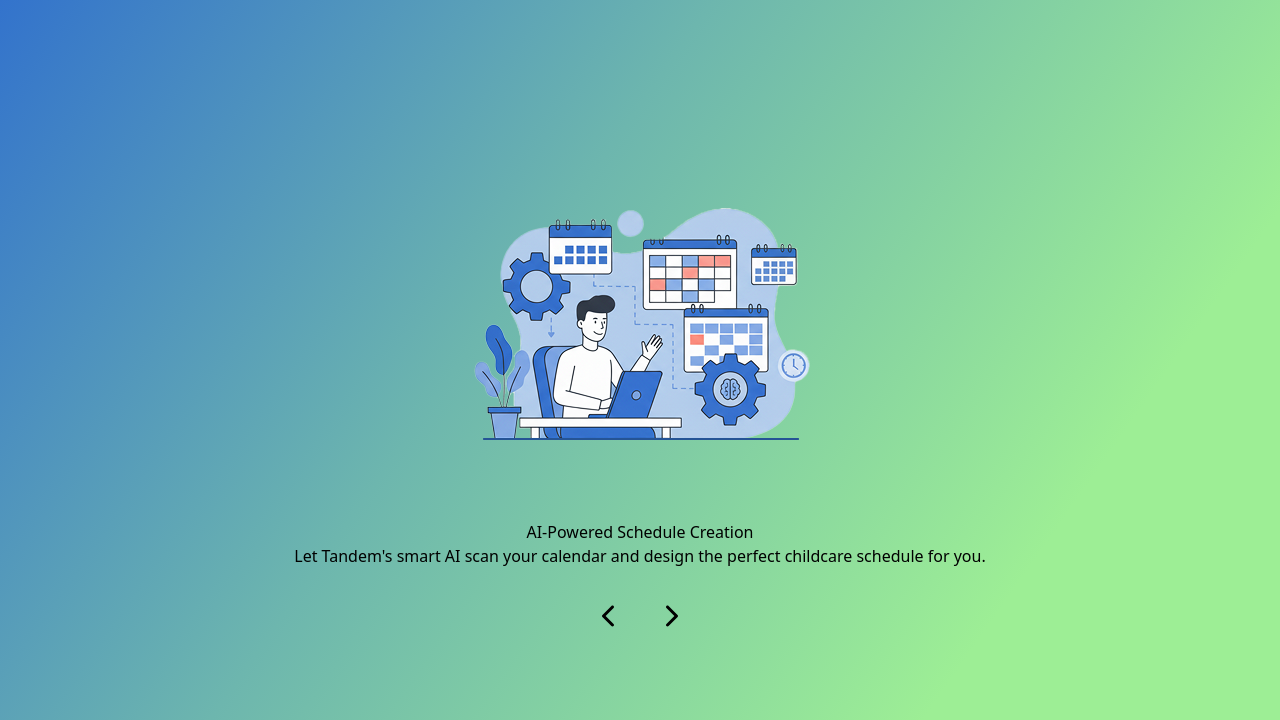
Repository: IDSP-TRADECARE/Tandem
Page: /boarding/features
An editor plug-in stored every save of this project. The page is shown before and after a run of saves, followed by the edit.
The browser window is 1280 px wide. The pictures show the whole page.
The page's requests for data from a server got no answer. Some web fonts or font styles are not loaded; a fallback is used. The project was rebuilt for these pictures with package versions that can differ from the ones it lists, and the page was loaded fresh each time. Some packages were replaced by stand-ins written for this rebuild. The framework's server and built-in components were replaced by stand-ins that run in the browser. No one was signed in, and anything a server would have sent is missing. Also part of the build but not shown: next.config.ts, src/app/components/auth/AuthGuard.tsx.

Above is the page before, as saved 2025-11-22 21:36:46.

### src/app/layout.tsx
/* eslint-disable @next/next/no-page-custom-font */
import { ClerkProvider } from '@clerk/nextjs'
import { SocketProvider } from '@/lib/socket/SocketContext'
import './globals.css'
import type { Metadata } from "next";
import { AuthWrapper } from './components/auth/AuthWrapper';


export const metadata: Metadata = {
  title: "Tandem",
  description: "Share childcare with your community",
  icons: {
    icon: 'brand/logoColor.svg',
  },
};

export default function RootLayout({
  children,
}: Readonly<{
  children: React.ReactNode;
}>) {
  return (
    <ClerkProvider>
      <html lang="en">
        <head>
          {/* Omnes Pro from Adobe Fonts */}
          <link rel="stylesheet" href="https://use.typekit.net/pku8yek.css" />

          {/* Alan Sans from Google Fonts */}
          <link rel="preconnect" href="https://fonts.googleapis.com" />
          <link rel="preconnect" href="https://fonts.gstatic.com" crossOrigin="anonymous" />
          <link href="https://fonts.googleapis.com/css2?family=Alan+Sans:wght@300..900&display=swap" rel="stylesheet" />
        </head>
        <body className="antialiased">
          <SocketProvider>
            <AuthWrapper>
              {children}
            </AuthWrapper>
          </SocketProvider>
        </body>
      </html>
    </ClerkProvider>
  )
}

### src/app/boarding/features/page.tsx
"use client";
import { useState } from "react";
import { useRouter } from "next/navigation";
import { GradientBackgroundFull } from "@/app/components/ui/backgrounds/GradientBackgroundFull";
import { IoIosArrowBack, IoIosArrowForward } from "react-icons/io";
import styles from "./features.module.css";

const features = [
    {
        id: 1,
        title: "AI-Powered Schedule Creation",
        description:
            "Let Tandem's smart AI scan your calendar and design the perfect childcare schedule for you.",
        imgSrc: "/boarding/Graphic-ai-powered-feature1.png",
    },
    {
        id: 2,
        title: "Seamless Nanny Booking",
        description:
            "Effortlessly discover and book reliable nannies tailored to your family's needs.",
        imgSrc: "/boarding/Seamless-nanny-booking-feature2.png",
    },
    {
        id: 3,
        title: "Intelligent Nanny Sharing",
        description:
            "Team up with nearby families to share trusted nannies, cutting costs while building lasting connections.",
        imgSrc: "/boarding/Intelligent-nanny-sharing-feature3.png",
    },
];

export default function FeaturesPage() {
    const [currentIndex, setCurrentIndex] = useState(0);
    const router = useRouter();

    const handleNext = () => {
        if (currentIndex < features.length - 1) {
            setCurrentIndex(currentIndex + 1);
        } else {
            router.push("./sign-up");
        }
    };

    const handlePrevious = () => {
        if (currentIndex > 0) {
            setCurrentIndex(currentIndex - 1);
        }
    };

    const currentFeature = features[currentIndex];

    return (
        <GradientBackgroundFull>
            <div className='min-h-screen flex flex-col items-center justify-center p-8'>
                <div className='max-w-3xl w-full text-center mb-8'>
                    <div className='h-96 flex items-center justify-center my-6'>
                        <img
                            src={currentFeature.imgSrc}
                            alt={`Feature ${currentFeature.id}`}
                        />
                    </div>

                    <h1>{currentFeature.title}</h1>

                    <p>{currentFeature.description}</p>
                </div>
                <div className='flex items-center gap-8'>
                    <button
                        onClick={handlePrevious}
                        disabled={currentIndex === 0}
                    >
                        <IoIosArrowBack size={32} />
                    </button>

                    <button onClick={handleNext}>
                        <IoIosArrowForward size={32} />
                    </button>
                </div>
            </div>
        </GradientBackgroundFull>
    );
}

### src/lib/socket/SocketContext.tsx
'use client';

import { createContext, useContext, useEffect, useState } from 'react';
import { io, Socket } from 'socket.io-client';
import { ClientToServerEvents, ServerToClientEvents } from './types';

type TypedSocket = Socket<ServerToClientEvents, ClientToServerEvents>;

interface SocketContextType {
  socket: TypedSocket | null;
  isConnected: boolean;
}

const SocketContext = createContext<SocketContextType>({
  socket: null,
  isConnected: false,
});

export function SocketProvider({ children }: { children: React.ReactNode }) {
  const [socket, setSocket] = useState<TypedSocket | null>(null);
  const [isConnected, setIsConnected] = useState(false);

  useEffect(() => {
    const socketUrl = process.env.NEXT_PUBLIC_SOCKET_URL || 'http://localhost:3001';

    console.log('Connecting to Socket.IO server:', socketUrl);

    const socketInstance: TypedSocket = io(socketUrl, {
      transports: ['websocket', 'polling'],
    });

    socketInstance.on('connect', () => {
      console.log('✅ Socket connected:', socketInstance.id);
      setIsConnected(true);
    });

    socketInstance.on('disconnect', () => {
      console.log('❌ Socket disconnected');
      setIsConnected(false);
    });

    socketInstance.on('connect_error', (error) => {
      console.error('Socket connection error:', error);
      setIsConnected(false);
    });

    setSocket(socketInstance);

    return () => {
      socketInstance.disconnect();
    };
  }, []);

  return (
    <SocketContext.Provider value={{ socket, isConnected }}>
      {children}
    </SocketContext.Provider>
  );
}

export const useSocket = () => useContext(SocketContext);

### src/app/globals.css
@import "tailwindcss";

@theme {
  /* Font families */
  --font-family-alan: "Alan Sans", sans-serif;
  --font-family-omnes: "omnes-pro", sans-serif;

  /* Primary Colors */
  --color-primary: #3373cc;
  --color-primary-lighter: #a3c0e8;
  --color-primary-light: #91b3e3;
  --color-primary-light-hover: #91b3e3;
  --color-primary-light-active: #7aa4de;
  --color-primary-hover: #2b62ad;
  --color-primary-active: #255495;
  --color-primary-dark: #122847;
  --color-primary-dark-hover: #0d1d33;
  --color-primary-dark-active: #060d16;

  /* Secondary Colors */
  --color-secondary: #92f189;
  --color-secondary-lighter: #cef9ca;
  --color-secondary-light: #c4f7bf;
  --color-secondary-light-hover: #c4f7bf;
  --color-secondary-light-active: #b8f6b2;
  --color-secondary-hover: #7ccd74;
  --color-secondary-active: #6bb064;
  --color-secondary-dark: #335430;
  --color-secondary-dark-hover: #253c22;
  --color-secondary-dark-active: #101b0f;

  /* Analogous Colors */
  --color-analogous: #68d5ff;
  --color-analogous-lighter: #bbecff;
  --color-analogous-light: #ade8ff;
  --color-analogous-light-hover: #ade8ff;
  --color-analogous-light-active: #9de4ff;
  --color-analogous-hover: #58b5d9;
  --color-analogous-active: #4c9bba;
  --color-analogous-dark: #244b59;
  --color-analogous-dark-hover: #1a3540;
  --color-analogous-dark-active: #0b171c;

  /* Success */
  --color-success: #95b548;

  /* Warning */
  --color-warning: #d78f26;

  /* Error */
  --color-error: #c43535;

  /* Neutral Colors */
  --color-neutral-50: #e6e6e8;
  --color-neutral-100: #b0b0b8;
  --color-neutral-200: #8a8a96;
  --color-neutral-300: #545466;
  --color-neutral-400: #333349;
  --color-neutral-500: #00001b;
  --color-neutral-600: #000019;
  --color-neutral-700: #000013;
  --color-neutral-800: #00000f;
  --color-neutral-900: #00000b;
}

@layer base {
  :root {
    /* Semantic mappings for shadcn */
    --background: 0 0% 100%;
    --foreground: var(--color-neutral-500);
    --card: 0 0% 100%;
    --card-foreground: var(--color-neutral-500);
    --popover: 0 0% 100%;
    --popover-foreground: var(--color-neutral-500);
    --primary-foreground: 0 0% 98%;
    --secondary-foreground: var(--color-neutral-500);
    --muted: var(--color-neutral-50);
    --muted-foreground: var(--color-neutral-300);
    --accent: var(--color-analogous-light);
    --accent-foreground: var(--color-neutral-500);
    --destructive: var(--color-error);
    --destructive-foreground: 0 0% 98%;
    --border: var(--color-neutral-100);
    --input: var(--color-neutral-100);
    --ring: var(--color-primary);
    --radius: 0.5rem;
    --gradient-primary: linear-gradient(135deg, #3373CC 0%, #6DB6AE 46%, #9DEE95 100%);
  }

  .dark {
    --background: var(--color-neutral-500);
    --foreground: 0 0% 98%;
    --card: var(--color-neutral-400);
    --card-foreground: 0 0% 98%;
    --popover: var(--color-neutral-400);
    --popover-foreground: 0 0% 98%;
    --primary-foreground: var(--color-neutral-500);
    --secondary-foreground: 0 0% 98%;
    --muted: var(--color-neutral-300);
    --muted-foreground: var(--color-neutral-100);
    --accent: var(--color-analogous-dark);
    --accent-foreground: 0 0% 98%;
    --destructive-foreground: 0 0% 98%;
    --border: var(--color-neutral-300);
    --input: var(--color-neutral-300);
    --ring: var(--color-primary-light);
    --gradient-primary: linear-gradient(135deg, #3373CC 0%, #6DB6AE 46%, #9DEE95 100%);
  }

  /* Font utilities */
  .font-alan {
    font-family: var(--font-family-alan);
    font-optical-sizing: auto;
  }

  .font-omnes {
    font-family: var(--font-family-omnes);
  }
}

/* FullCalendar Custom Styles */
.fullcalendar-container {
  font-family: inherit;
}

.fc {
  font-size: 14px;
}

.fc .fc-toolbar-title {
  font-size: 1.5rem;
  font-weight: 700;
  color: var(--color-primary);
}

.fc .fc-button {
  background-color: var(--color-primary);
  border-color: var(--color-primary);
  color: white;
  border-radius: 8px;
  padding: 6px 12px;
  font-weight: 600;
}

.fc .fc-button:hover {
  background-color: var(--color-primary-hover);
  border-color: var(--color-primary-hover);
}

.fc .fc-button-active {
  background-color: var(--color-primary-dark);
  border-color: var(--color-primary-dark);
}

.fc .fc-col-header-cell {
  background-color: var(--color-neutral-50);
  padding: 12px;
  font-weight: 600;
  color: var(--color-primary);
}

.fc .fc-daygrid-day-number {
  font-weight: 600;
  color: var(--color-primary);
  padding: 8px;
}

.fc .fc-daygrid-day.fc-day-today {
  background-color: var(--color-primary-lighter) !important;
}

.fc .fc-event {
  border-radius: 6px;
  padding: 4px 6px;
  font-size: 12px;
  font-weight: 600;
  cursor: pointer;
}

.fc .fc-timegrid-event {
  border-radius: 6px;
  padding: 4px;
}

.fc .fc-timegrid-slot {
  height: 3em;
}

.fc .fc-scrollgrid {
  border-color: var(--neutral-100) !important;
}

@layer utilities {
  .bg-gradient-primary {
    background: var(--gradient-primary);
  }
}

### src/app/components/auth/AuthWrapper.tsx
'use client';

import { usePathname } from 'next/navigation';
import { AuthGuard } from './AuthGuard';

export function AuthWrapper({ children }: { children: React.ReactNode }) {
  const pathname = usePathname();

  // Routes that don't require authentication
  const publicRoutes = ['/boarding/features', '/sign-in', '/sign-up'];
  const isPublicRoute = pathname === '/' || publicRoutes.some(route => pathname?.startsWith(route));

  if (isPublicRoute) {
    return <>{children}</>;
  }

  return <AuthGuard>{children}</AuthGuard>;
}

### src/app/components/ui/backgrounds/GradientBackgroundFull.tsx
import React from 'react';

export function GradientBackgroundFull({ children }: { children?: React.ReactNode }) {
  return (
    <div
      className="min-h-screen"
      style={{
        background: 'linear-gradient(125deg, #3373CC 0%, #6DB6AE 40%, #9DEE95 80%)',
        backgroundSize: '100%'
      }}
    >
      {children}
    </div>
  );
}

### src/app/boarding/features/features.module.css
h1 {
    font-size: 2rem;
    font-weight: bold;
    margin-bottom: 1rem;
}
h2 {
    font-size: 1.5rem;
    font-weight: semi-bold;
    margin-bottom: 1rem;
}

After the next 2 saves:
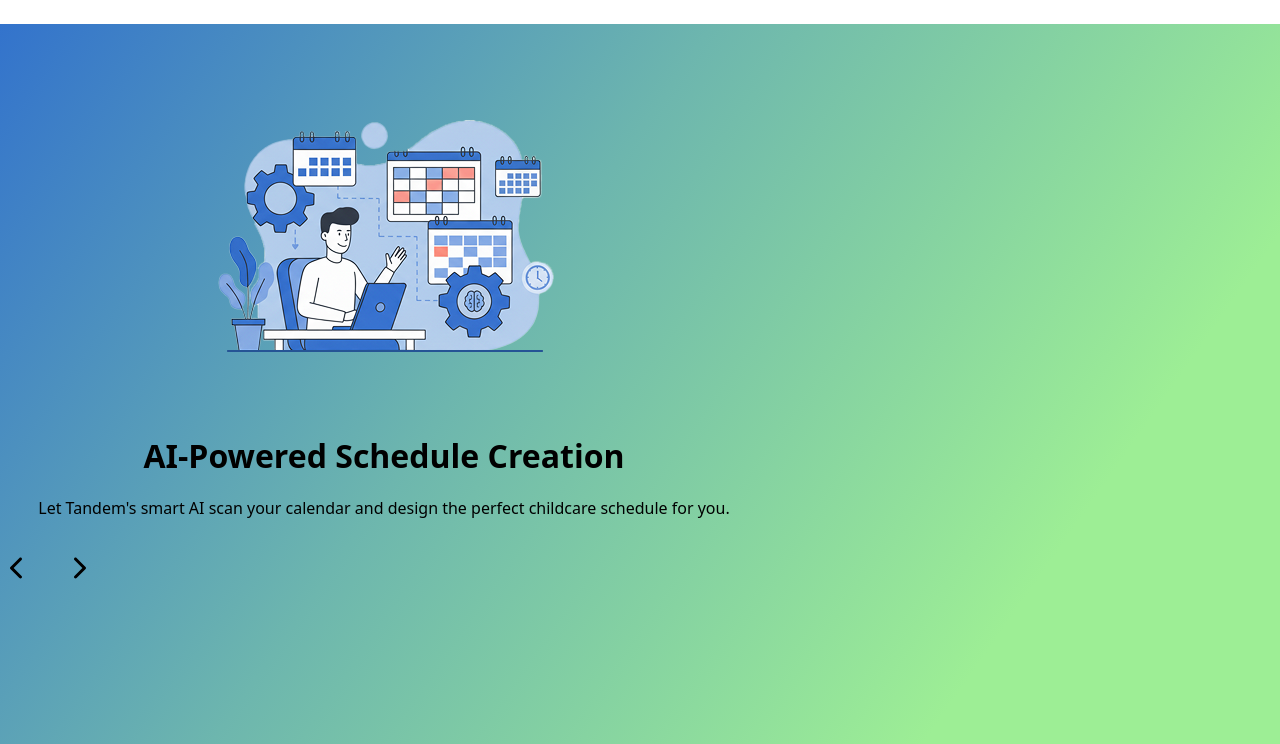
The 2 saves are shown as one change because they came seconds apart.
The last was saved 22 s later.
--- a/src/app/boarding/features/page.tsx
+++ b/src/app/boarding/features/page.tsx
@@ -51,7 +51,7 @@
 
     return (
         <GradientBackgroundFull>
-            <div className='min-h-screen flex flex-col items-center justify-center p-8'>
+            <div className={styles.container}>
                 <div className='max-w-3xl w-full text-center mb-8'>
                     <div className='h-96 flex items-center justify-center my-6'>
                         <img
